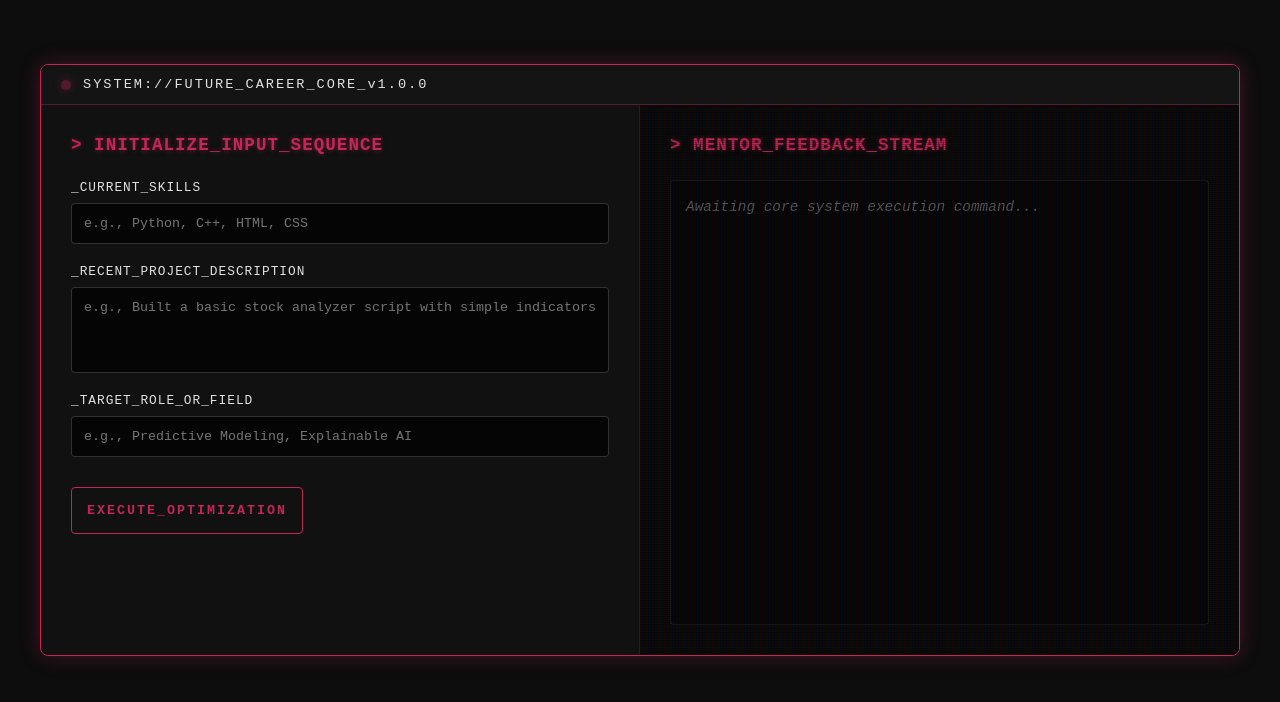
Repository: PratapOP/Career_Mentor_AI
Page: frontend/index.html
An editor plug-in stored every save of this project. The page is shown before and after the next save, followed by the edit.
The browser window is 1280 px wide. The pictures show the whole page.

Above is the page before, as saved 2026-06-09 09:36:03.

After the next save:
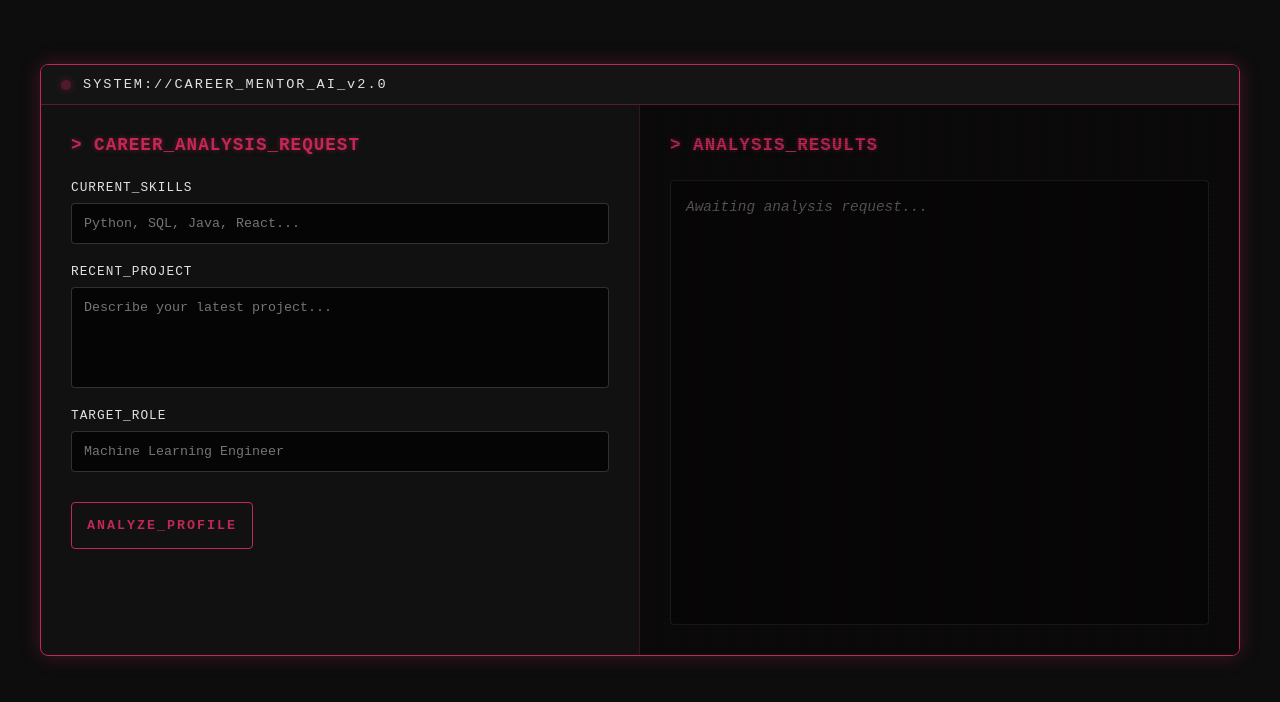
Saved 116 s later.
--- a/frontend/index.html
+++ b/frontend/index.html
@@ -3,51 +3,110 @@
 <head>
     <meta charset="UTF-8">
     <meta name="viewport" content="width=device-width, initial-scale=1.0">
-    <title>FutureCareer AI // Terminal</title>
+    <title>Career Mentor AI</title>
+
     <link rel="stylesheet" href="style.css">
 </head>
 <body>
 
     <div class="terminal-container">
+
         <header class="terminal-header">
             <div class="status-indicator"></div>
-            <span class="system-title">SYSTEM://FUTURE_CAREER_CORE_v1.0.0</span>
+            <span class="system-title">
+                SYSTEM://CAREER_MENTOR_AI_v2.0
+            </span>
         </header>
 
         <main class="terminal-body">
 
+            <!-- INPUT PANEL -->
+
             <section class="panel input-panel">
-                <h2 class="panel-title">> INITIALIZE_INPUT_SEQUENCE</h2>
+
+                <h2 class="panel-title">
+                    > CAREER_ANALYSIS_REQUEST
+                </h2>
 
                 <form id="mentorForm">
+
                     <div class="input-group">
-                        <label for="skills">_CURRENT_SKILLS</label>
-                        <input type="text" id="skills" name="skills" placeholder="e.g., Python, C++, HTML, CSS" required>
+                        <label for="skills">
+                            CURRENT_SKILLS
+                        </label>
+
+                        <input
+                            type="text"
+                            id="skills"
+                            name="skills"
+                            placeholder="Python, SQL, Java, React..."
+                            required
+                        >
                     </div>
 
                     <div class="input-group">
-                        <label for="project">_RECENT_PROJECT_DESCRIPTION</label>
-                        <textarea id="project" name="project" rows="4" placeholder="e.g., Built a basic stock analyzer script with simple indicators" required></textarea>
+                        <label for="project">
+                            RECENT_PROJECT
+                        </label>
+
+                        <textarea
+                            id="project"
+                            name="project"
+                            rows="5"
+                            placeholder="Describe your latest project..."
+                            required
+                        ></textarea>
                     </div>
 
                     <div class="input-group">
-                        <label for="target">_TARGET_ROLE_OR_FIELD</label>
-                        <input type="text" id="target" name="target" placeholder="e.g., Predictive Modeling, Explainable AI" required>
+                        <label for="target">
+                            TARGET_ROLE
+                        </label>
+
+                        <input
+                            type="text"
+                            id="target"
+                            name="target"
+                            placeholder="Machine Learning Engineer"
+                            required
+                        >
                     </div>
 
-                    <button type="submit" class="submit-btn">EXECUTE_OPTIMIZATION</button>
+                    <button
+                        type="submit"
+                        class="submit-btn"
+                    >
+                        ANALYZE_PROFILE
+                    </button>
+
                 </form>
+
             </section>
 
+            <!-- OUTPUT PANEL -->
+
             <section class="panel output-panel">
-                <h2 class="panel-title">> MENTOR_FEEDBACK_STREAM</h2>
-                <div class="output-screen" id="outputScreen">
-                    <div class="terminal-prompt">Awaiting core system execution command...</div>
+
+                <h2 class="panel-title">
+                    > ANALYSIS_RESULTS
+                </h2>
+
+                <div
+                    class="output-screen"
+                    id="outputScreen"
+                >
+                    <div class="terminal-prompt">
+                        Awaiting analysis request...
+                    </div>
                 </div>
+
             </section>
 
         </main>
+
     </div>
+
+    <script src="app.js"></script>
 
 </body>
 </html>
